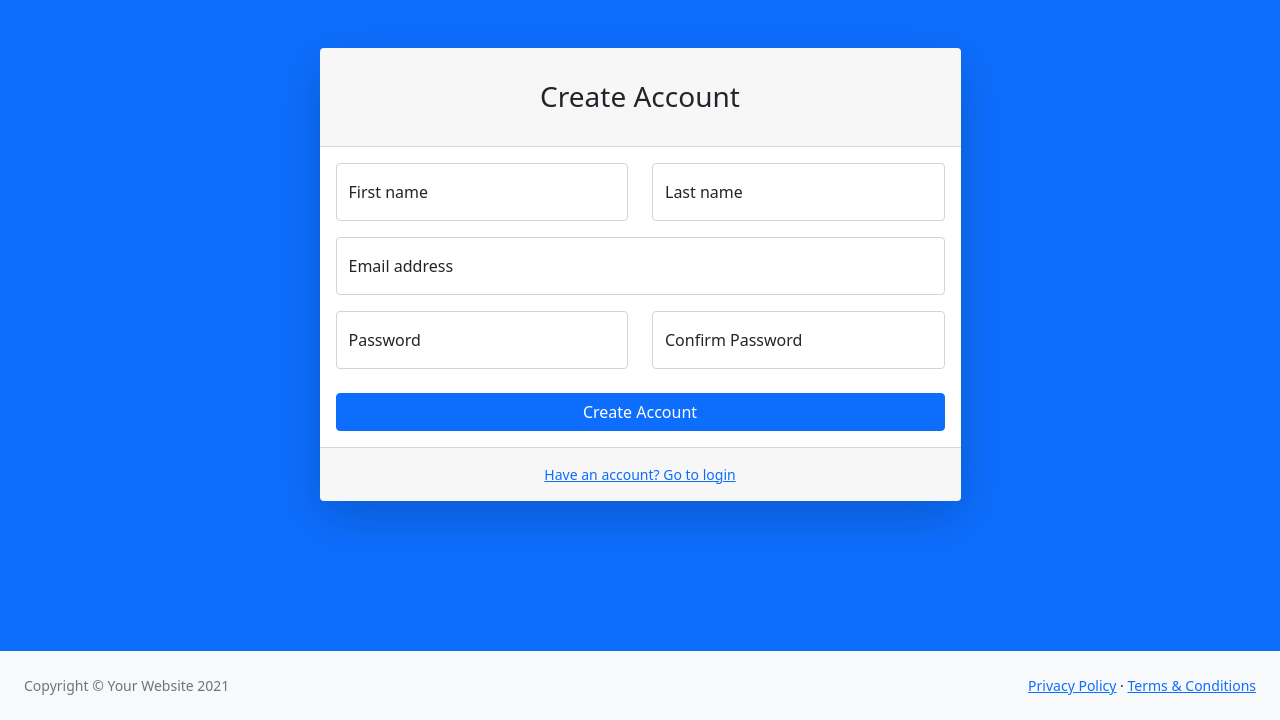
Repository: teq21/SDBSTOCK
Page: http://localhost/sdbstock/WEB-INF/view/user/register.jsp
These files come from the project's save history. The page is drawn as it stood at one moment and after the next save; the edit follows.
The browser window is 1280 px wide. The pictures show the whole page.
The page is served by Tomcat 9. Nobody is signed in. Other server files are loaded and not shown. The template is opened directly, without the code that normally fills it, so the values that code supplies are empty.

Above is the page before, as saved 2021-06-15 11:14:30.

### sdbstock/WebContent/WEB-INF/view/user/register.jsp
<%@ page language="java" contentType="text/html; charset=UTF-8"
    pageEncoding="UTF-8"%>
<!DOCTYPE html>
<html>
<head>
        <meta charset="utf-8" />
        <meta http-equiv="X-UA-Compatible" content="IE=edge" />
        <meta name="viewport" content="width=device-width, initial-scale=1, shrink-to-fit=no" />
        <meta name="description" content="" />
        <meta name="author" content="" />
        <title>Register - SB Admin</title>
        <link href="/css/styles.css" rel="stylesheet" />
        <script src="https://cdnjs.cloudflare.com/ajax/libs/font-awesome/5.15.3/js/all.min.js" crossorigin="anonymous"></script>
    </head>
    <body class="bg-primary">
        <div id="layoutAuthentication">
            <div id="layoutAuthentication_content">
                <main>
                    <div class="container">
                        <div class="row justify-content-center">
                            <div class="col-lg-7">
                                <div class="card shadow-lg border-0 rounded-lg mt-5">
                                    <div class="card-header"><h3 class="text-center font-weight-light my-4">Create Account</h3></div>
                                    <div class="card-body">
                                        <form>
                                            <div class="row mb-3">
                                                <div class="col-md-6">
                                                    <div class="form-floating mb-3 mb-md-0">
                                                        <input class="form-control" id="inputFirstName" type="text" placeholder="Enter your first name" />
                                                        <label for="inputFirstName">First name</label>
                                                    </div>
                                                </div>
                                                <div class="col-md-6">
                                                    <div class="form-floating">
                                                        <input class="form-control" id="inputLastName" type="text" placeholder="Enter your last name" />
                                                        <label for="inputLastName">Last name</label>
                                                    </div>
                                                </div>
                                            </div>
                                            <div class="form-floating mb-3">
                                                <input class="form-control" id="inputEmail" type="email" placeholder="name@example.com" />
                                                <label for="inputEmail">Email address</label>
                                            </div>
                                            <div class="row mb-3">
                                                <div class="col-md-6">
                                                    <div class="form-floating mb-3 mb-md-0">
                                                        <input class="form-control" id="inputPassword" type="password" placeholder="Create a password" />
                                                        <label for="inputPassword">Password</label>
                                                    </div>
                                                </div>
                                                <div class="col-md-6">
                                                    <div class="form-floating mb-3 mb-md-0">
                                                        <input class="form-control" id="inputPasswordConfirm" type="password" placeholder="Confirm password" />
                                                        <label for="inputPasswordConfirm">Confirm Password</label>
                                                    </div>
                                                </div>
                                            </div>
                                            <div class="mt-4 mb-0">
                                                <div class="d-grid"><a class="btn btn-primary btn-block" href="login.html">Create Account</a></div>
                                            </div>
                                        </form>
                                    </div>
                                    <div class="card-footer text-center py-3">
                                        <div class="small"><a href="login.html">Have an account? Go to login</a></div>
                                    </div>
                                </div>
                            </div>
                        </div>
                    </div>
                </main>
            </div>
            <div id="layoutAuthentication_footer">
                <footer class="py-4 bg-light mt-auto">
                    <div class="container-fluid px-4">
                        <div class="d-flex align-items-center justify-content-between small">
                            <div class="text-muted">Copyright &copy; Your Website 2021</div>
                            <div>
                                <a href="#">Privacy Policy</a>
                                &middot;
                                <a href="#">Terms &amp; Conditions</a>
                            </div>
                        </div>
                    </div>
                </footer>
            </div>
        </div>
        <script src="https://cdn.jsdelivr.net/npm/bootstrap@5.0.1/dist/js/bootstrap.bundle.min.js" crossorigin="anonymous"></script>
        <script src="/js/scripts.js"></script>
    </body>

</body>
</html>

### sdbstock/WebContent/js/scripts.js
/*!
    * Start Bootstrap - SB Admin v7.0.0 (https://startbootstrap.com/template/sb-admin)
    * Copyright 2013-2021 Start Bootstrap
    * Licensed under MIT (https://github.com/StartBootstrap/startbootstrap-sb-admin/blob/master/LICENSE)
    */
    //
// Scripts
//

window.addEventListener('DOMContentLoaded', event => {

    // Toggle the side navigation
    const sidebarToggle = document.body.querySelector('#sidebarToggle');
    if (sidebarToggle) {
        // Uncomment Below to persist sidebar toggle between refreshes
        // if (localStorage.getItem('sb|sidebar-toggle') === 'true') {
        //     document.body.classList.toggle('sb-sidenav-toggled');
        // }
        sidebarToggle.addEventListener('click', event => {
            event.preventDefault();
            document.body.classList.toggle('sb-sidenav-toggled');
            localStorage.setItem('sb|sidebar-toggle', document.body.classList.contains('sb-sidenav-toggled'));
        });
    }

});

Loaded but not shown: sdbstock/WebContent/css/styles.css (library)

After the next save:
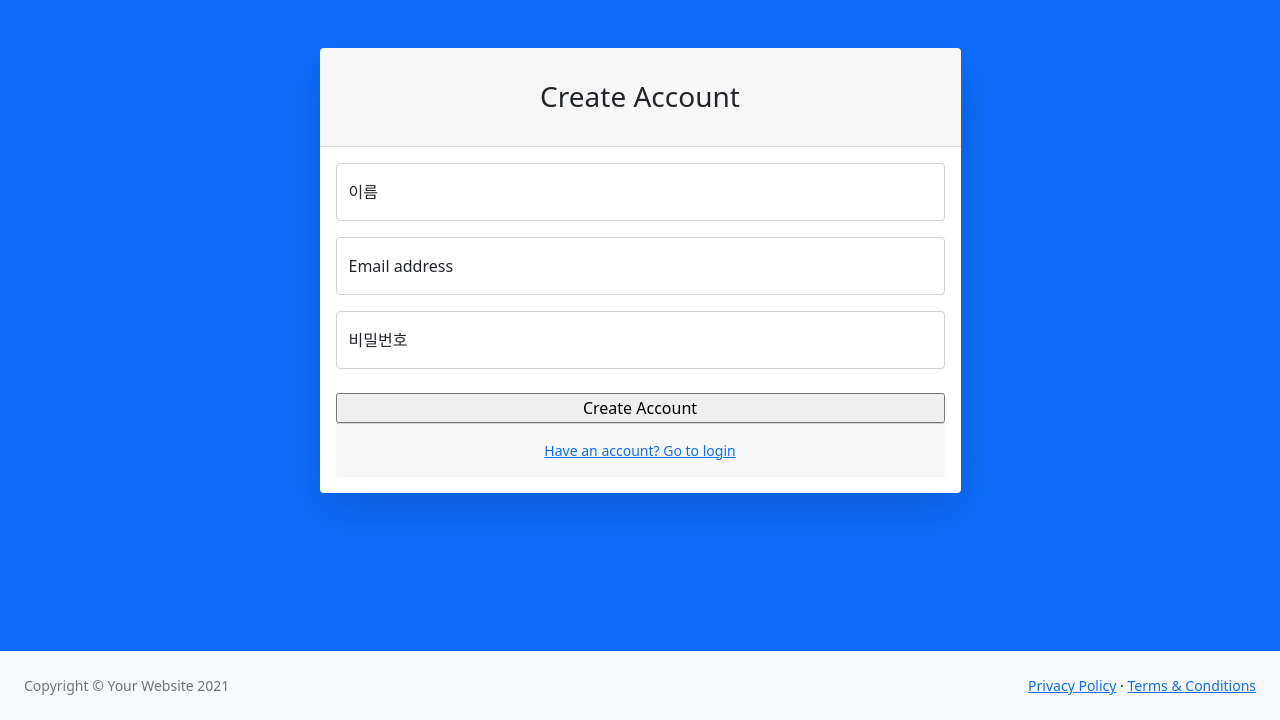
Saved 79 s later.
--- a/sdbstock/WebContent/WEB-INF/view/user/register.jsp
+++ b/sdbstock/WebContent/WEB-INF/view/user/register.jsp
@@ -2,15 +2,50 @@
     pageEncoding="UTF-8"%>
 <!DOCTYPE html>
 <html>
-<head>
+  <head>
         <meta charset="utf-8" />
         <meta http-equiv="X-UA-Compatible" content="IE=edge" />
         <meta name="viewport" content="width=device-width, initial-scale=1, shrink-to-fit=no" />
         <meta name="description" content="" />
         <meta name="author" content="" />
         <title>Register - SB Admin</title>
-        <link href="/css/styles.css" rel="stylesheet" />
+        <link href="css/styles.css" rel="stylesheet" />
+        <script  src="http://code.jquery.com/jquery-latest.min.js"></script>
         <script src="https://cdnjs.cloudflare.com/ajax/libs/font-awesome/5.15.3/js/all.min.js" crossorigin="anonymous"></script>
+        <script type="text/javascript">
+        function doRegUserCheck() {
+
+    		var user_name = document.getElementById('user_name');
+    		var password = document.getElementById('password');
+    		var password = document.getElementById('email');
+    		if (email.value == "") {
+    			alert("이메일을 입력 하십시오.");
+    			email.focus();
+    			return false;
+    		}
+
+    		if (user_name.value == "") {
+    			alert("이름을 입력 하십시오.");
+    			user_name.focus();
+    			return false;
+    		}
+    		if (password.value == "") {
+    			alert("비밀번호를 입력 하십시오.");
+    			password.focus();
+    			return false;
+    		}
+
+    		if (email.value != "" && user_name.value != "" && password.value != "" ) {
+    			var registerForm = document.registerForm;
+    			registerForm.submit();
+    		}
+    	}
+
+
+
+
+
+        </script>
     </head>
     <body class="bg-primary">
         <div id="layoutAuthentication">
@@ -22,41 +57,32 @@
                                 <div class="card shadow-lg border-0 rounded-lg mt-5">
                                     <div class="card-header"><h3 class="text-center font-weight-light my-4">Create Account</h3></div>
                                     <div class="card-body">
-                                        <form>
+                                        <form name="registerForm" action="/register_logic.do" method="post">
                                             <div class="row mb-3">
-                                                <div class="col-md-6">
+                                                <div class="col-md-12">
                                                     <div class="form-floating mb-3 mb-md-0">
-                                                        <input class="form-control" id="inputFirstName" type="text" placeholder="Enter your first name" />
-                                                        <label for="inputFirstName">First name</label>
+                                                        <input class="form-control" id="inputFirstName" name="user_name" type="text" placeholder="이름을 입력하세요" />
+                                                        <label for="inputFirstName">이름</label>
                                                     </div>
                                                 </div>
-                                                <div class="col-md-6">
-                                                    <div class="form-floating">
-                                                        <input class="form-control" id="inputLastName" type="text" placeholder="Enter your last name" />
-                                                        <label for="inputLastName">Last name</label>
-                                                    </div>
-                                                </div>
+
                                             </div>
                                             <div class="form-floating mb-3">
-                                                <input class="form-control" id="inputEmail" type="email" placeholder="name@example.com" />
+                                                <input class="form-control" name="email" id="inputEmail" type="email" placeholder="이메일을 입력하세요" />
                                                 <label for="inputEmail">Email address</label>
                                             </div>
                                             <div class="row mb-3">
-                                                <div class="col-md-6">
+                                                <div class="col-md-12">
                                                     <div class="form-floating mb-3 mb-md-0">
-                                                        <input class="form-control" id="inputPassword" type="password" placeholder="Create a password" />
-                                                        <label for="inputPassword">Password</label>
+                                                        <input class="form-control" name="password" id="inputPassword" type="password" placeholder="비밀번호를 입력하세요" />
+                                                        <label for="inputPassword">비밀번호</label>
                                                     </div>
                                                 </div>
-                                                <div class="col-md-6">
-                                                    <div class="form-floating mb-3 mb-md-0">
-                                                        <input class="form-control" id="inputPasswordConfirm" type="password" placeholder="Confirm password" />
-                                                        <label for="inputPasswordConfirm">Confirm Password</label>
-                                                    </div>
-                                                </div>
+
                                             </div>
                                             <div class="mt-4 mb-0">
-                                                <div class="d-grid"><a class="btn btn-primary btn-block" href="login.html">Create Account</a></div>
+                                                <div class="d-grid">
+                                                <input type="submit" value="Create Account">
                                             </div>
                                         </form>
                                     </div>
@@ -85,8 +111,6 @@
             </div>
         </div>
         <script src="https://cdn.jsdelivr.net/npm/bootstrap@5.0.1/dist/js/bootstrap.bundle.min.js" crossorigin="anonymous"></script>
-        <script src="/js/scripts.js"></script>
+        <script src="js/scripts.js"></script>
     </body>
-
-</body>
 </html>
